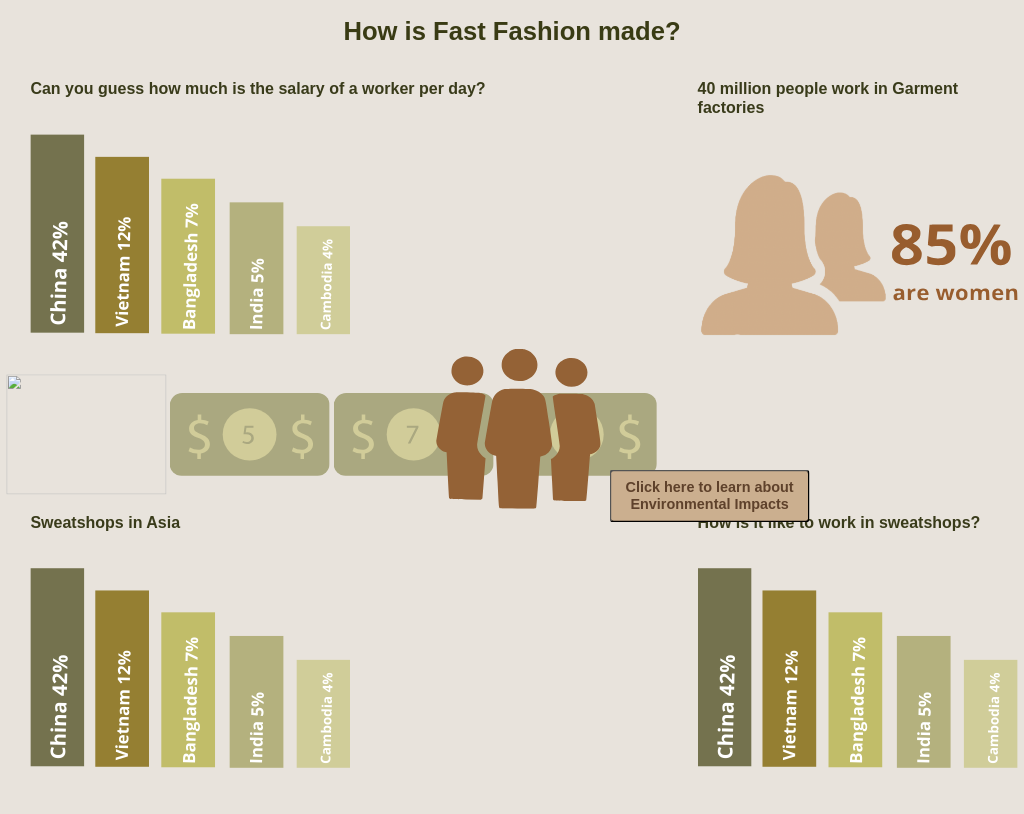
Repository: DevOfHockey/mdia-2190-midterm
Page: fashionlabor.html
An editor plug-in stored every save of this project. The page is shown before and after the next save, followed by the edit.
The browser window is 1280 px wide. The pictures show the whole page, at 80% of full size.

Above is the page before, as saved 2022-03-06 21:25:18.

After the next save:
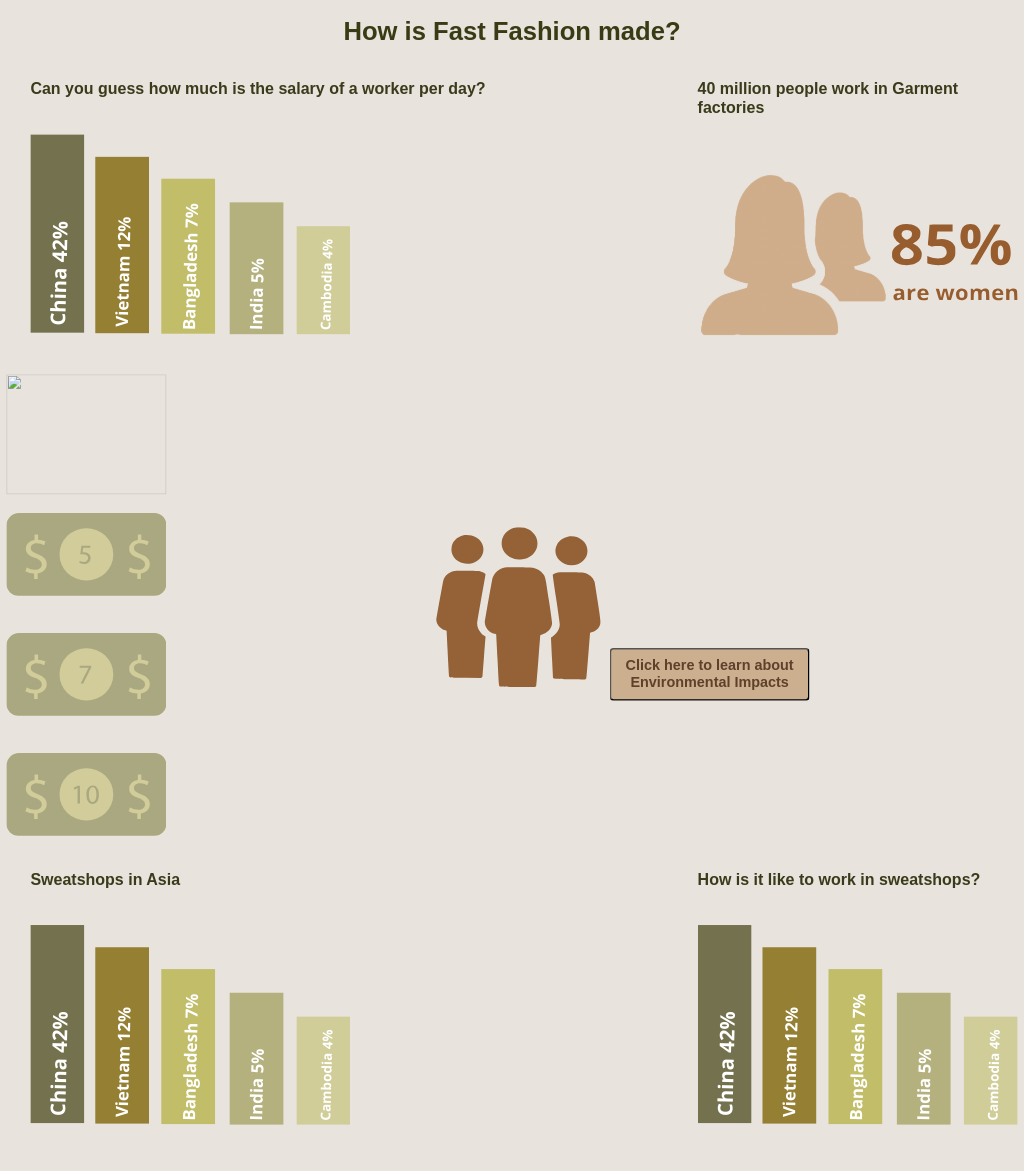
Saved 45 s later.
--- a/fashionlabor.css
+++ b/fashionlabor.css
@@ -31,3 +31,7 @@ button {
 button {
     align-self: center;
 }
+
+.salary > img {
+    display: flex;
+}

After the 6 saves that followed:
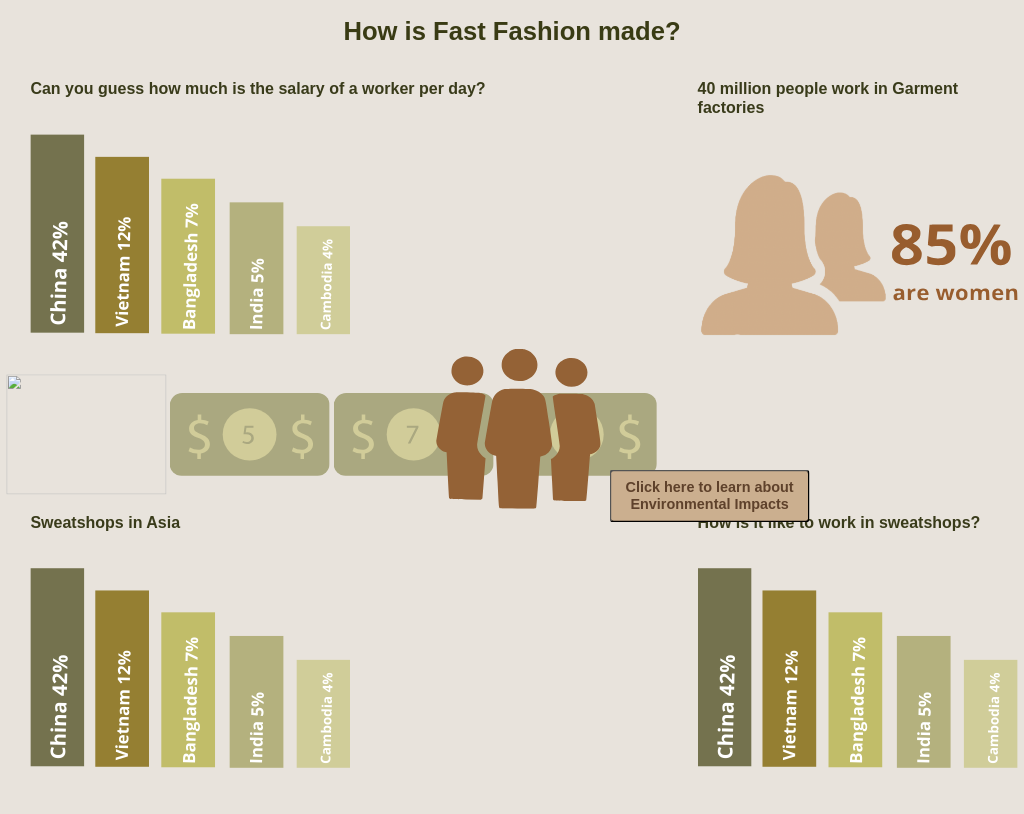
The 6 saves are shown as one change because 4 left the picture as it was and some came seconds apart.
The last was saved 2 min 28 s later.
--- a/fashionlabor.css
+++ b/fashionlabor.css
@@ -33,5 +33,5 @@ button {
 }
 
 .salary > img {
-    display: flex;
+
 }
